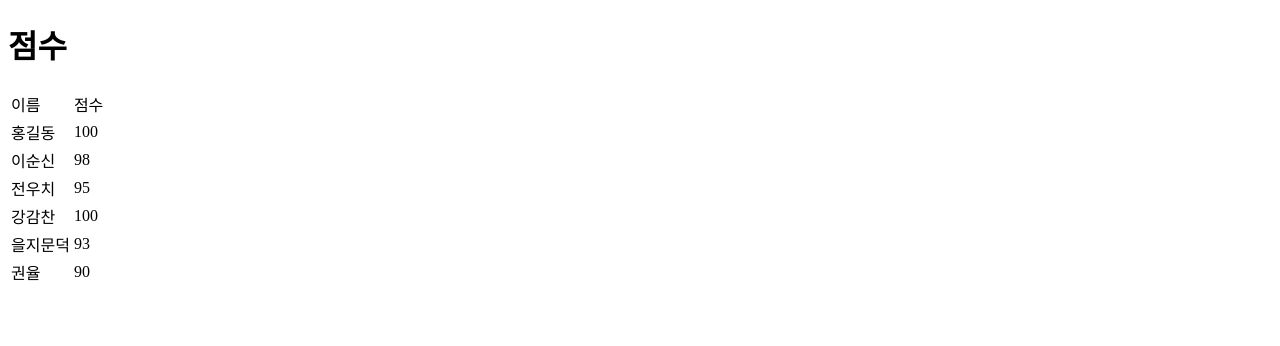
Repository: nn98/2022-1WebP
Page: html1/src/main/webapp/01/table14.html
These files come from the project's save history. The page is drawn as it stood at one moment and after the next save; the edit follows.
The browser window is 1280 px wide. The pictures show the whole page.

Above is the page before, as saved 2022-04-10 17:02:13.

### html1/src/main/webapp/01/table14.html
<!DOCTYPE html>
<html>
<head>
<meta http-equiv="Content-Type" content="text/html; charset=utf-8">
<title>점수</title>
</head>
<body>
	<h1>점수</h1>
	<table>
		<tr>
			<td>이름</td>
			<td>점수</td>
		</tr>
		<tr>
			<td>홍길동</td>
			<td>100</td>
		</tr>
		<tr>
			<td>이순신</td>
			<td>98</td>
		</tr>
		<tr>
			<td>전우치</td>
			<td>95</td>
		</tr>
		<tr>
			<td>강감찬</td>
			<td>100</td>
		</tr>
		<tr>
			<td>을지문덕</td>
			<td>93</td>
		</tr>
		<tr>
			<td>권율</td>
			<td>90</td>
		</tr>
	</table>
</body>
</html>

After the next save:
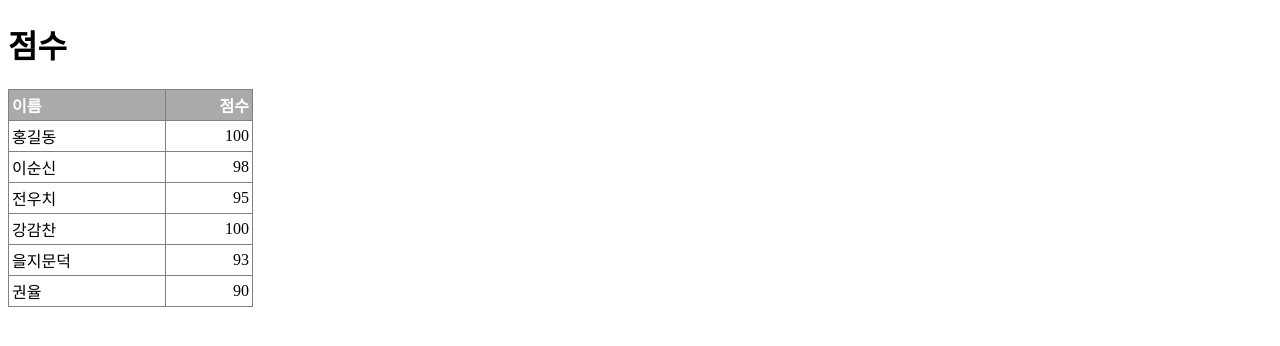
Saved 15 s later.
--- a/html1/src/main/webapp/01/table14.html
+++ b/html1/src/main/webapp/01/table14.html
@@ -3,38 +3,67 @@
 <head>
 <meta http-equiv="Content-Type" content="text/html; charset=utf-8">
 <title>점수</title>
+<style>
+table {
+	border-collapse: collapse;
+}
+
+td {
+	border: 1px solid gray;
+	padding: 3px;
+}
+
+td:nth-child(1) {
+	width: 150px;
+}
+
+td:nth-child(2) {
+	text-align: right;
+	width: 80px;
+}
+
+thead {
+	background-color: #aaaaaa;
+	color: white;
+	font-weight: bold;
+}
+</style>
 </head>
 <body>
 	<h1>점수</h1>
 	<table>
-		<tr>
-			<td>이름</td>
-			<td>점수</td>
-		</tr>
-		<tr>
-			<td>홍길동</td>
-			<td>100</td>
-		</tr>
-		<tr>
-			<td>이순신</td>
-			<td>98</td>
-		</tr>
-		<tr>
-			<td>전우치</td>
-			<td>95</td>
-		</tr>
-		<tr>
-			<td>강감찬</td>
-			<td>100</td>
-		</tr>
-		<tr>
-			<td>을지문덕</td>
-			<td>93</td>
-		</tr>
-		<tr>
-			<td>권율</td>
-			<td>90</td>
-		</tr>
+		<thead>
+			<tr>
+				<td>이름</td>
+				<td>점수</td>
+			</tr>
+		</thead>
+		<tbody>
+			<tr>
+				<td>홍길동</td>
+				<td>100</td>
+			</tr>
+			<tr>
+				<td>이순신</td>
+				<td>98</td>
+			</tr>
+			<tr>
+				<td>전우치</td>
+				<td>95</td>
+			</tr>
+			<tr>
+				<td>강감찬</td>
+				<td>100</td>
+			</tr>
+			<tr>
+				<td>을지문덕</td>
+				<td>93</td>
+			</tr>
+			<tr>
+				<td>권율</td>
+				<td>90</td>
+			</tr>
+		</tbody>
 	</table>
 </body>
 </html>
